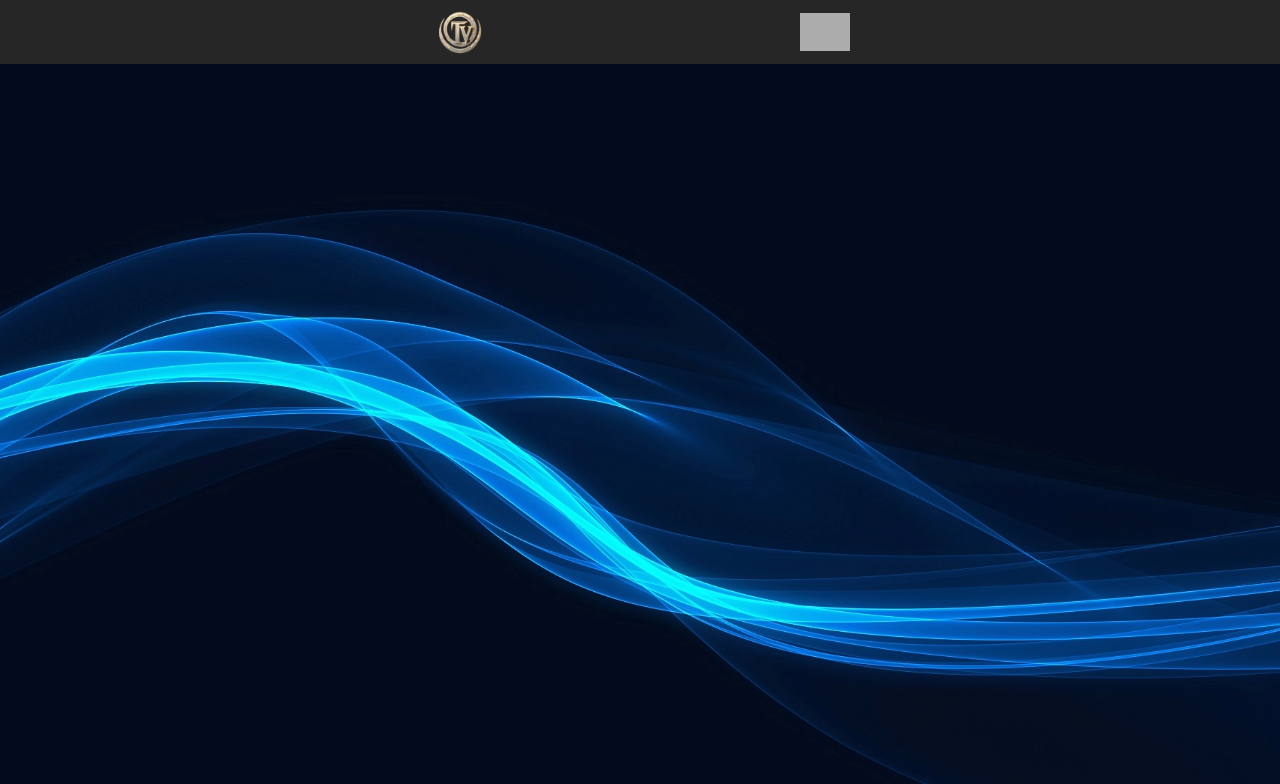
Repository: aitorcachero/clon-twitter
Page: / (app in frontend/)
An editor plug-in stored every save of this project. The page is shown before and after the next save, followed by the edit.
The browser window is 1280 px wide. The pictures show the whole page.
Pictures or frames that could not be fetched are drawn as grey boxes. The page's requests for data from a server got no answer. Backgrounds fixed to the window are drawn as part of the page. The project was rebuilt for these pictures with package versions that can differ from the ones it lists, and the page was loaded fresh each time. No one was signed in, and anything a server would have sent is missing. Also part of the build but not shown: frontend/vite.config.js, frontend/src/utils/formatDate.js, frontend/src/components/HeartLikeComponent/HeartLikeComponent.jsx, frontend/src/utils/checkTweetLikedByMe.js, frontend/src/components/CardTwitter/CardTwitter.jsx, frontend/src/pages/LoginPage/LoginPage.jsx, frontend/src/components/ButtonComponent/ButtonComponent.jsx, frontend/src/components/WriteTweet/WriteTweet.jsx and 11 more.

Above is the page before, as saved 2024-03-20 19:05:27.

### frontend/src/main.jsx
import ReactDOM from 'react-dom/client';
import App from './App.jsx';
import { BrowserRouter } from 'react-router-dom';
import { AuthProvider } from './context/authContext.jsx';
import { TweetProvider } from './context/tweetContext.jsx';
import './index.css';

ReactDOM.createRoot(document.getElementById('root')).render(
  <BrowserRouter>
    <AuthProvider>
      <TweetProvider>
        <App />
      </TweetProvider>
    </AuthProvider>
  </BrowserRouter>
);

### frontend/src/App.jsx
import { Route, Routes } from 'react-router-dom';
import NavBar from './components/NavBar/NavBar';
import HomePage from './pages/HomePage/HomePage';
import LoginPage from './pages/LoginPage/LoginPage';
import UserPage from './pages/UserPage/UserPage';
import RegisterPage from './pages/RegisterPage/RegisterPage';

import { ToastContainer } from 'react-toastify';
import 'react-toastify/dist/ReactToastify.css';
import TweetPage from './pages/TweetPage/TweetPage';

function App() {
  return (
    <>
      <ToastContainer
        position="bottom-right"
        autoClose={3000}
        hideProgressBar={false}
        newestOnTop={false}
        closeOnClick={false}
        rtl={false}
        pauseOnFocusLoss={false}
        draggable={false}
        pauseOnHover={false}
        theme="light"
      />
      <NavBar />
      <Routes>
        <Route path="/" element={<HomePage />} />
        <Route path="/tweet/:id" element={<TweetPage />} />
        <Route path="/login" element={<LoginPage />} />
        <Route path="/register" element={<RegisterPage />} />
        <Route path="/user/:user" element={<UserPage />} />
      </Routes>
    </>
  );
}

export default App;

### frontend/src/context/authContext.jsx
// Importamos los prop-types.
// import PropTypes from 'prop-types';

// Importamos la función que crea un contexto y los hooks.
import { createContext, useEffect, useState } from 'react';
import { useNavigate } from 'react-router-dom';

// Importamos el nombre con el que guardamos el token en el localStorage.
import { userLocalStorageKey } from '../config';

import { toast } from 'react-toastify';
import { loginUserService, getUserProfileService } from '../services/fetchData';

// Creamos un contexto.
export const AuthContext = createContext(null);

// Creamos el componente provider del contexto.
export const AuthProvider = ({ children }) => {
  const toastError = (errMsg) => toast.error(errMsg);
  const toastSuccess = (msg) => toast.success(msg);
  const navigate = useNavigate();

  const [authToken, setAuthToken] = useState(
    localStorage.getItem(userLocalStorageKey)
  );

  const [authUser, setAuthUser] = useState(null);
  const [loading, setLoading] = useState(false);

  useEffect(() => {
    // Función que obtiene los datos del usuario.
    const fetchUser = async () => {
      try {
        setLoading(true);

        const body = await getUserProfileService(authToken);

        if (body.status === 'error') {
          // Manejamos los errores con toast.
          toast.error(body.message);
        } else {
          setAuthUser(body.data);
        }
      } catch (err) {
        // Manejamos los errores con toast.
        toast.error(err.message);
      } finally {
        setLoading(false);
      }
    };

    // Si existe token buscamos los datos del usuario.
    if (authToken) fetchUser();
  }, [authToken]);

  const authLogin = async (username, password) => {
    try {
      setLoading(true);

      const body = await loginUserService(username, password);

      console.log(body);

      if (body.status === 'error') {
        toastError(body.message);
        return;
      } else {
        toastSuccess(body.message);
        const getUser = await getUserProfileService(body.token);
        if (getUser.status === 'error') {
          // Manejamos los errores con toast.
          toast.error(getUser.message);
        } else {
          setAuthUser(getUser.data);
          setAuthToken(body.token);
          localStorage.setItem(userLocalStorageKey, body.token);
          navigate('/');
        }
      }

      setAuthToken(body.data.token);
    } catch (err) {
      if (err.message === 'Failed to fetch') toastError('Error de conexión');
    } finally {
      setLoading(false);
    }
  };

  const authLogout = async () => {
    // Eliminamos el token del localStorage.
    localStorage.removeItem(userLocalStorageKey);

    // Eliminamos el token del State y el usuario.
    setAuthToken(null);
    setAuthUser(null);
    navigate('/login');
  };

  return (
    <AuthContext.Provider
      value={{
        loading,
        authLogin,
        authToken,
        authUser,
        authLogout,
        // toastError,
        // toastSuccess,
        // navigate,
      }}
    >
      {children}
    </AuthContext.Provider>
  );
};

// CartProvider.propTypes = {
//   children: PropTypes.node.isRequired,
// };

### frontend/src/context/tweetContext.jsx
// Importamos los prop-types.
// import PropTypes from 'prop-types';

// Importamos la función que crea un contexto y los hooks.
import { createContext, useEffect, useState } from 'react';
import { useNavigate } from 'react-router-dom';

// Importamos el nombre con el que guardamos el token en el localStorage.
import { userLocalStorageKey } from '../config';

import { toast } from 'react-toastify';
import { loginUserService, getUserProfileService } from '../services/fetchData';
import { APIUrl } from '../config';

// Creamos un contexto.
export const TweetContext = createContext(null);

// Creamos el componente provider del contexto.
export const TweetProvider = ({ children }) => {
  const toastError = (errMsg) => toast.error(errMsg);
  const toastSuccess = (msg) => toast.success(msg);
  const navigate = useNavigate();

  const [tweets, setTweets] = useState(null);
  const [comments, setComments] = useState();
  const [loading, setLoading] = useState(false);

  useEffect(() => {
    fetch(`${APIUrl}/tweets/`)
      .then((results) => results.json())
      // .then((data) => console.log(data));
      .then((data) =>
        setTweets(data.data.sort((a, b) => b.createdAt - a.createdAt))
      );
  }, []);

  const getTweets = () => {
    fetch(`${APIUrl}/tweets/`)
      .then((results) => results.json())
      // .then((data) => console.log(data));
      .then((data) =>
        setTweets(data.data.sort((a, b) => b.createdAt - a.createdAt))
      );
  };

  const getTweet = async (id) => {
    const tweet = await tweets?.find((x) => x.tweet_id === id);
    console.log(tweet);
    return tweet;
  };

  const getComments = (id) => {
    fetch(`${APIUrl}/tweets/comments/${id}`)
      .then((res) => res.json())
      .then((data) => setComments(data.data));
  };

  return (
    <TweetContext.Provider
      value={{
        tweets,
        setTweets,
        getTweets,
        getTweet,
        getComments,
        comments,

        // toastError,
        // toastSuccess,
        // navigate,
      }}
    >
      {children}
    </TweetContext.Provider>
  );
};

// CartProvider.propTypes = {
//   children: PropTypes.node.isRequired,
// };

### frontend/src/index.css
@tailwind base;
@tailwind components;
@tailwind utilities;

:root {
  --primary-color: #121212;
  --secondary-color: #1e1e1e;
  --text-color: #e3e3e3;

  font-family: Inter, system-ui, Avenir, Helvetica, Arial, sans-serif;
  line-height: 1.5;
  font-weight: 400;

  color-scheme: light dark;
  color: rgba(255, 255, 255, 0.87);
  background-color: #03123028;

  font-synthesis: none;
  text-rendering: optimizeLegibility;
  -webkit-font-smoothing: antialiased;
  -moz-osx-font-smoothing: grayscale;
}

a {
  font-weight: 500;
  color: #646cff;
  text-decoration: inherit;
}
a:hover {
  color: #535bf2;
}

body {
  margin-top: 4rem;
  background-image: url('./assets/bg-wave.webp');
  min-height: 100vh;

  background-attachment: fixed;
  background-position: center;
  background-repeat: no-repeat;
  background-size: cover;
  /* min-width: 320px;
  min-height: 100vh; */
}

h1 {
  font-size: 3.2em;
  line-height: 1.1;
}

/* button {
  border-radius: 8px;
  border: 1px solid transparent;
  padding: 0.6em 1.2em;
  font-size: 1em;
  font-weight: 500;
  font-family: inherit;
  background-color: #1a1a1a;
  cursor: pointer;
  transition: border-color 0.25s;
}
button:hover {
  border-color: #646cff;
}
button:focus,
button:focus-visible {
  outline: 4px auto -webkit-focus-ring-color;
} */

@media (prefers-color-scheme: light) {
  :root {
    color: #213547;
    background-color: #ffffff;
  }
  a:hover {
    color: #747bff;
  }
  button {
    background-color: #f9f9f9;
  }
}

### frontend/src/components/NavBar/NavBar.jsx
import { NavLink } from 'react-router-dom';
import defaultIcon from '../../assets/icons/user-default-icon.svg';
import logoTw from '../../assets/icons/logo-tw.webp';
import logoutIcon from '../../assets/icons/logout-icon.svg';
import useAuth from '../../hooks/useAuth';

export default function NavBar() {
  const { authUser, authLogout } = useAuth();

  return (
    <nav className="w-full h-16 fixed  top-0 flex flex-row justify-center items-center bg-black opacity-85 z-1">
      <div className="flex flex-row w-[500px] justify-between items-center px-10">
        <NavLink to="/">
          <img src={logoTw} width={60} className="" />
        </NavLink>
        {authUser ? (
          <div className="flex flex-row justify-center items-center gap-3">
            <NavLink to={`/user/${authUser?.username}`}>
              <p>@{authUser.username}</p>
            </NavLink>
            <img
              src={logoutIcon}
              width={30}
              onClick={() => authLogout()}
              className="hover:cursor-pointer"
            />
          </div>
        ) : (
          <NavLink to="/login">
            <img src={defaultIcon} width={50} className="" />
          </NavLink>
        )}
      </div>
    </nav>
  );
}

### frontend/src/pages/HomePage/HomePage.jsx
import CardTwitter from '../../components/CardTwitter/CardTwitter';
import useTweets from '../../hooks/useTweets';
import LoginPage from '../LoginPage/LoginPage';
import useAuth from '../../hooks/useAuth';
import WriteTweet from '../../components/WriteTweet/WriteTweet';

export default function HomePage() {
  const { tweets, setTweets } = useTweets();
  const { authUser } = useAuth();

  return (
    <div className="w-full h-full flex flex-col justify-center items-center p-4 lg:p-0">
      {authUser && <WriteTweet tweets={tweets} setTweets={setTweets} />}
      {tweets &&
        tweets.length > 0 &&
        tweets.map((tweet) => {
          return <CardTwitter tweet={tweet} key={tweet.tweet_id} />;
        })}
      {}
    </div>
  );
}

### frontend/src/config.js
const APIUrl = 'http://192.168.1.136:3000';
const userLocalStorageKey = 'twitterClone';

export { APIUrl, userLocalStorageKey };

### frontend/src/services/fetchData.js
import { toast } from 'react-toastify';
import { APIUrl } from '../config';

const getTweetService = async (id) => {
  try {
    const getData = await fetch(`http://localhost:3000/tweets/${id}`);
    const res = await getData.json();
    return res;
  } catch (error) {
    console.log(error);
  }
};

const getUserProfileService = async (token) => {
  try {
    const getData = await fetch(`${APIUrl}/users/authToken`, {
      headers: {
        Authorization: token,
      },
    });
    const res = await getData.json();

    return res;
  } catch (error) {
    console.log(error);
  }
};

const loginUserService = async (username, password) => {
  const res = await fetch(`${APIUrl}/users/login`, {
    method: 'POST',
    headers: {
      'Content-Type': 'application/json',
    },
    body: JSON.stringify({ username, password }),
  });

  const body = await res.json();
  console.log(body);

  return body;
};

const createTweetService = async (text, token) => {
  const res = await fetch(`${APIUrl}/tweets/`, {
    method: 'POST',
    headers: {
      Authorization: token,
      'Content-Type': 'application/json',
    },
    body: JSON.stringify({ text }),
  });

  const body = await res.json();

  return body;
};

const createCommentService = async (tweet_id, text, token) => {
  const res = await fetch(`${APIUrl}/tweets/comments/`, {
    method: 'POST',
    headers: {
      Authorization: token,
      'Content-Type': 'application/json',
    },
    body: JSON.stringify({ tweet_id, text }),
  });

  const body = await res.json();

  return body;
};

const registerUserService = async (
  username,
  password,
  email,
  name,
  surname,
  description
) => {
  try {
    const getData = await fetch(`${APIUrl}/users/`, {
      headers: {
        'Content-Type': 'application/json',
      },
      method: 'POST',

      body: JSON.stringify({
        username,
        password,
        email,
        name,
        surname,
        description,
      }),
    });
    const res = await getData.json();
    return res;
  } catch (error) {
    toast.error(error);
  }
};

const likesService = async (id, token) => {
  const res = await fetch(`${APIUrl}/tweets/like`, {
    method: 'POST',
    headers: {
      Authorization: token,
      'Content-Type': 'application/json',
    },
    body: JSON.stringify({ id }),
  });

  const body = await res.json();

  return body;
};

const followUserService = async (username, token) => {
  const res = await fetch(`${APIUrl}/follow/`, {
    method: 'POST',
    headers: {
      Authorization: token,
      'Content-Type': 'application/json',
    },
    body: JSON.stringify({ username }),
  });

  const body = await res.json();

  return body;
};

export {
  getTweetService,
  getUserProfileService,
  createTweetService,
  loginUserService,
  createCommentService,
  registerUserService,
  likesService,
  followUserService,
};

### frontend/src/hooks/useAuth.js
// Importamos los hooks.
import { useContext } from 'react';

// Importamos el contexto.
import { AuthContext } from '../context/authContext.jsx';

const useAuth = () => {
  return useContext(AuthContext);
};

export default useAuth;

### frontend/src/hooks/useTweets.js
// Importamos los hooks.
import { useContext } from 'react';

// Importamos el contexto.
import { TweetContext } from '../context/tweetContext.jsx';

const useTweet = () => {
  return useContext(TweetContext);
};

export default useTweet;

Loaded but not shown: frontend/index.html (common file); frontend/tailwind.config.js (common file); frontend/src/helpers/ScrollToTop.js (common file)

After the next save:
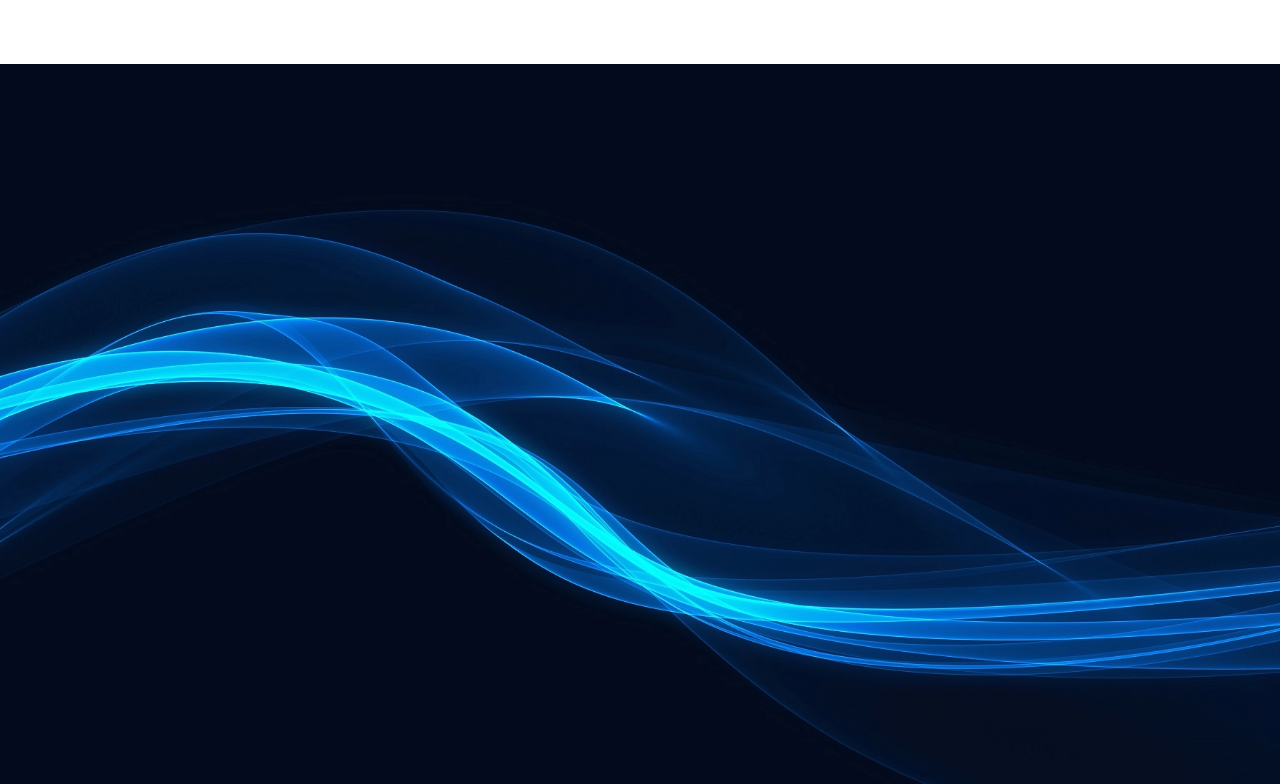
Saved 3 min 41 s later.
--- a/frontend/src/main.jsx
+++ b/frontend/src/main.jsx
@@ -4,12 +4,15 @@
 import { AuthProvider } from './context/authContext.jsx';
 import { TweetProvider } from './context/tweetContext.jsx';
 import './index.css';
+import ScrollToTop from './helpers/ScrollToTop.js';
 
 ReactDOM.createRoot(document.getElementById('root')).render(
   <BrowserRouter>
     <AuthProvider>
       <TweetProvider>
-        <App />
+        <ScrollToTop>
+          <App />
+        </ScrollToTop>
       </TweetProvider>
     </AuthProvider>
   </BrowserRouter>

After the save that followed:
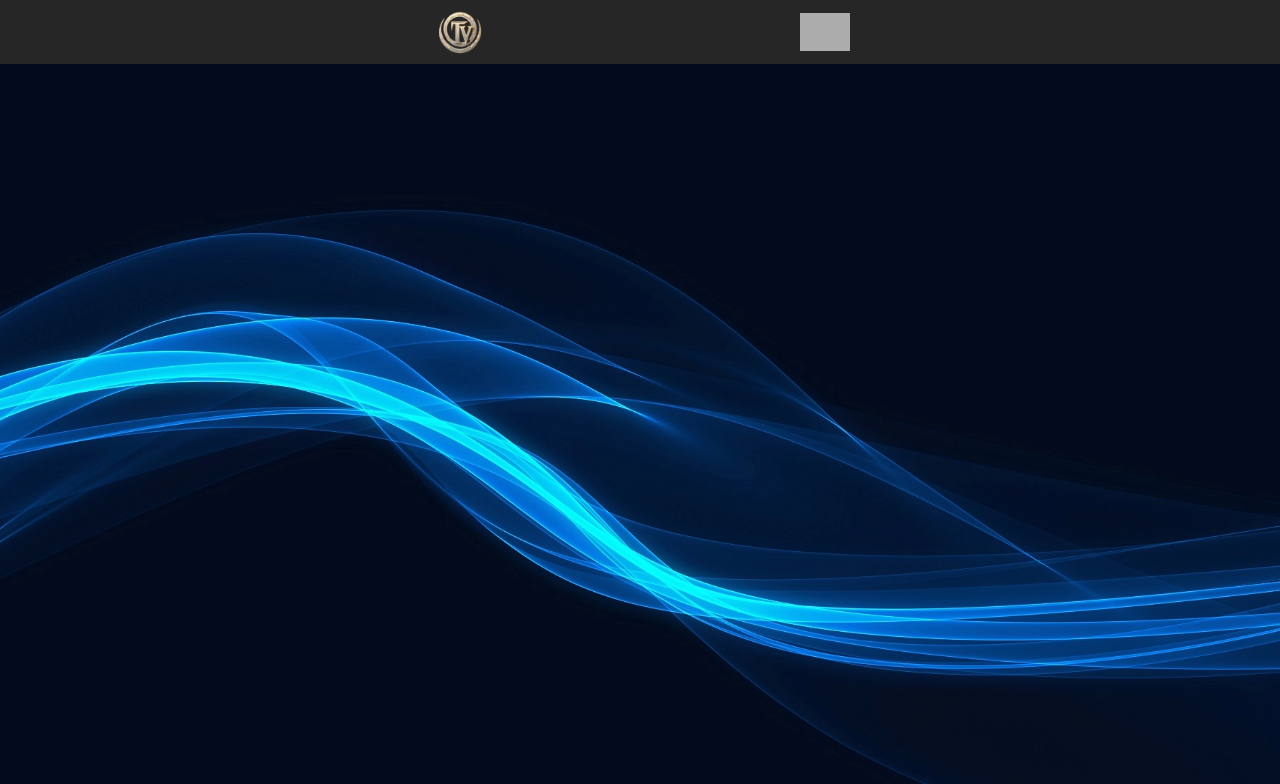
Saved 15 s later.
--- a/frontend/src/main.jsx
+++ b/frontend/src/main.jsx
@@ -10,9 +10,8 @@
   <BrowserRouter>
     <AuthProvider>
       <TweetProvider>
-        <ScrollToTop>
-          <App />
-        </ScrollToTop>
+        <ScrollToTop />
+        <App />
       </TweetProvider>
     </AuthProvider>
   </BrowserRouter>
